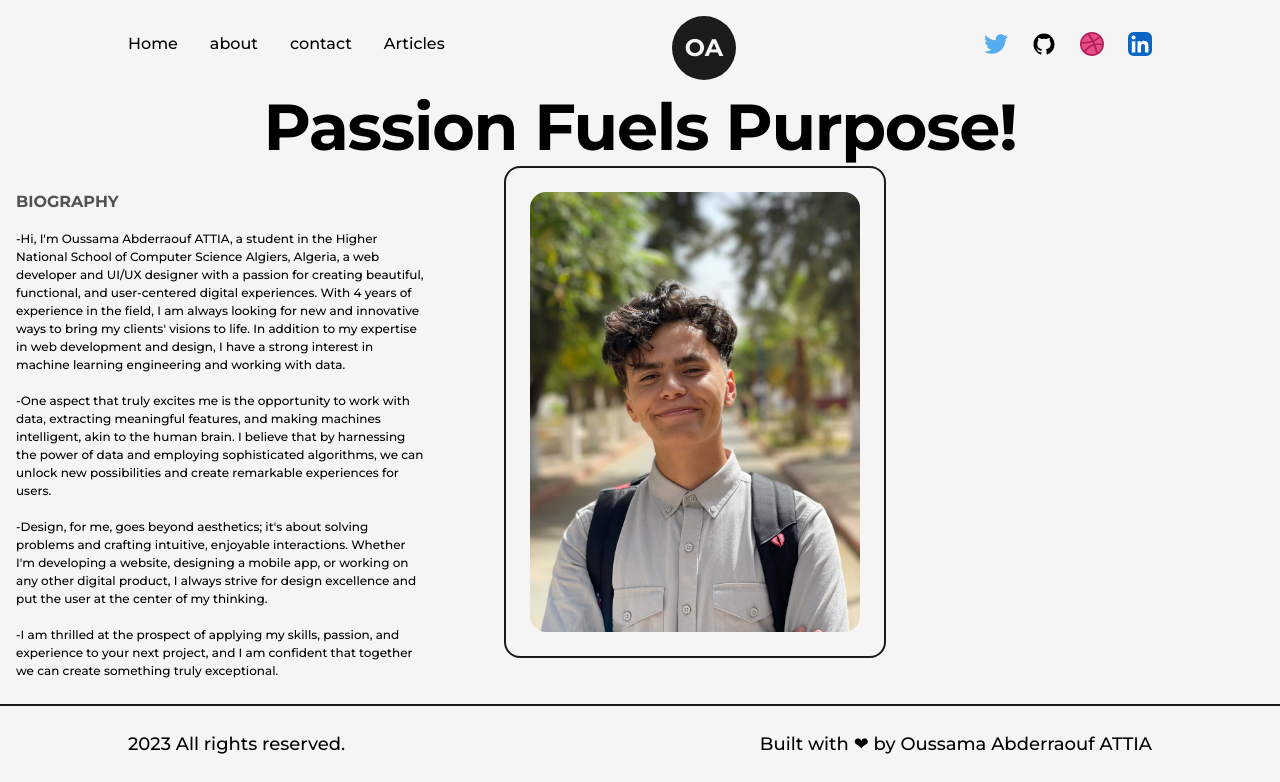
Repository: OussamaAbderraoufAttia/Next.js-Developer-Portfolio
Page: /About
These files come from the project's save history. The page is drawn as it stood at one moment and after the next save; the edit follows.
The browser window is 1280 px wide. The pictures show the whole page.
The project was rebuilt for these pictures with package versions that can differ from the ones it lists, and the page was loaded fresh each time. The framework's server and built-in components were replaced by stand-ins that run in the browser. Also part of the build but not shown: next.config.js, src/components/AnimatedText.js.

Above is the page before, as saved 2023-06-27 22:56:56.

After the next save:
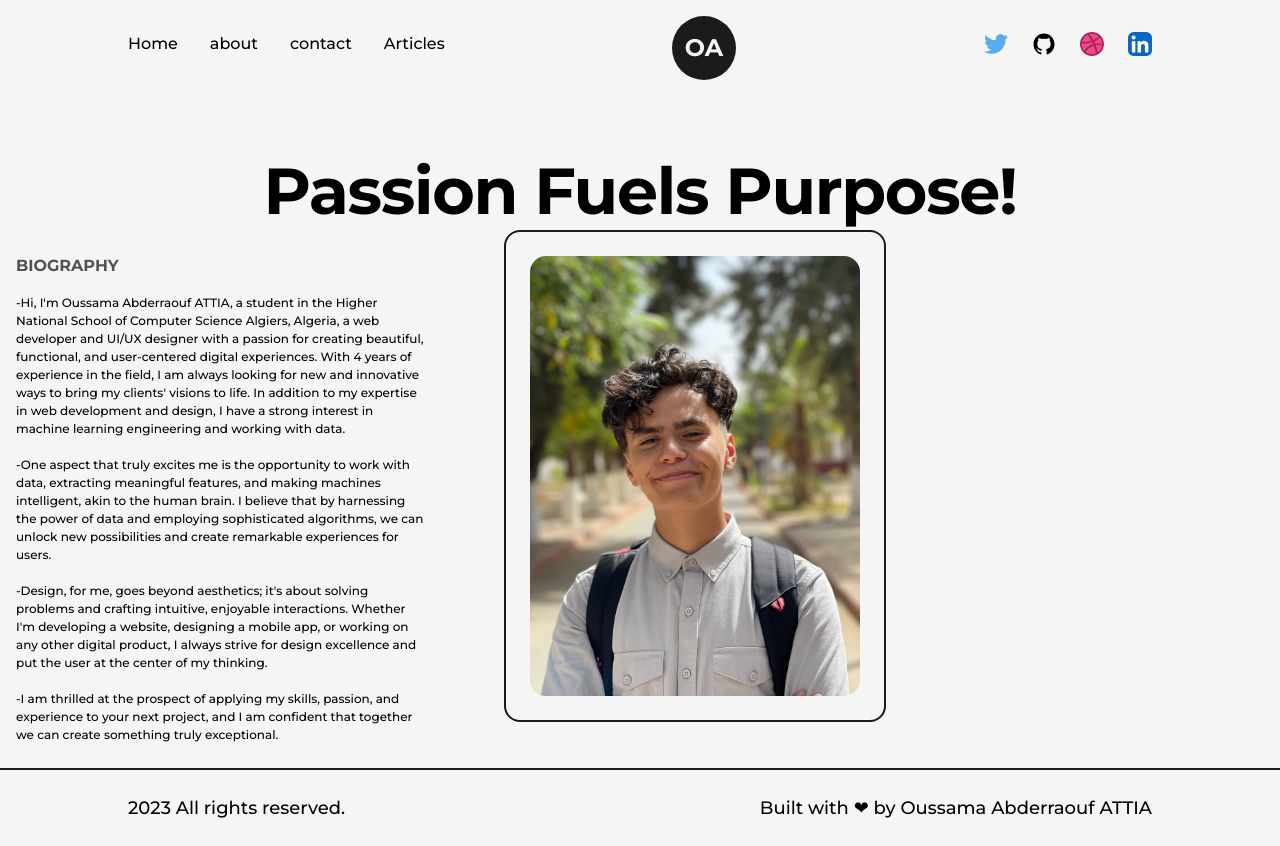
Saved 7 s later.
--- a/src/pages/About.js
+++ b/src/pages/About.js
@@ -12,7 +12,7 @@
             <title>OA | About Page</title>
             <meta name='description' content='About Oussama Abderraouf ATTIA' />
         </Head>
-        <main className='flex w-full flex-col item-center justify-center'>
+        <main className='pt-16 flex w-full flex-col item-center justify-center'>
             <Layout className='pt-16'>
                 <h1 className="text-center" style={{
                     fontSize: '65px',
